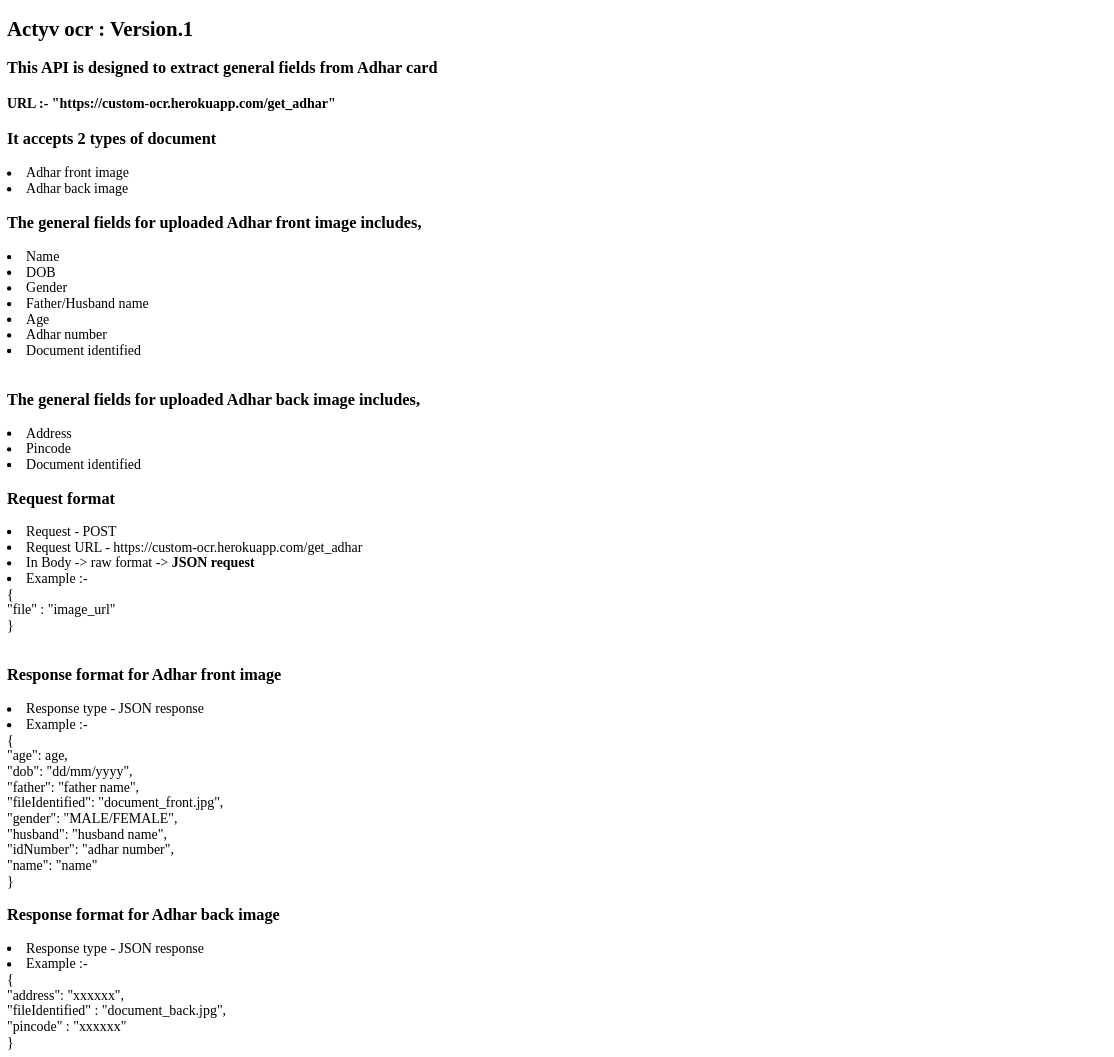
Repository: Sahana-M/OCR-for-Adhar
Page: template/home.html
An editor plug-in stored every save of this project. The page is shown before and after the next save, followed by the edit.
The browser window is 1280 px wide. The pictures show the whole page, at 87% of full size.

Above is the page before, as saved 2020-03-25 21:25:53.

### template/home.html
<!DOCTYPE html>
<html lang="en">
<head>
    <meta charset="UTF-8">
    <meta name="viewport" content="width=device-width, initial-scale=1.0">
    <meta http-equiv="X-UA-Compatible" content="ie=edge">
    <title>Actyv OCR</title>
</head>
<body>
        <h2>Actyv ocr : Version.1</h2>
        <h3>This API is designed to extract general fields from Adhar card</h3>
        <h4>URL :- "https://custom-ocr.herokuapp.com/get_adhar"</h4>
        <h3>It accepts 2 types of document</h3>
        <li>Adhar front image</li>
        <li>Adhar back image</li>
        <h3>The general fields for uploaded Adhar front image includes, </h3>
        <li>Name</li>
        <li>DOB</li>
        <li>Gender</li>
        <li>Father/Husband name</li>
        <li>Age</li>
        <li>Adhar number</li>
        <li>Document identified</li>
        <br>

        <h3>The general fields for uploaded Adhar back image includes, </h3>
        <li>Address</li>
        <li>Pincode</li>
        <li>Document identified</li>

        <h3>Request format</h3>
        <li>Request     - POST</li>
        <li>Request URL - https://custom-ocr.herokuapp.com/get_adhar</li>
        <li>In Body     -> raw format    -> <b>JSON request</b></li>
        <li>Example :- <br>
            {<br>
            "file" : "image_url"<br>
            }</li><br>

        <h3>Response format for Adhar front image</h3>
        <li>Response type - JSON response</li>
        <li>Example :- <br>
        {<br>
            "age": age,<br>
            "dob": "dd/mm/yyyy",<br>
            "father": "father name",<br>
            "fileIdentified": "document_front.jpg",<br>
            "gender": "MALE/FEMALE",<br>
            "husband": "husband name",<br>
            "idNumber": "adhar number",<br>
            "name": "name"<br>
        }</li>

        <h3>Response format for Adhar back image</h3>
        <li>Response type - JSON response</li>
        <li>Example :- <br>
        {<br>
            "address": "xxxxxx", <br>
            "fileIdentified" : "document_back.jpg", <br>
            "pincode" : "xxxxxx"<br>
        }</li>
    </body>
</html>

After the next save:
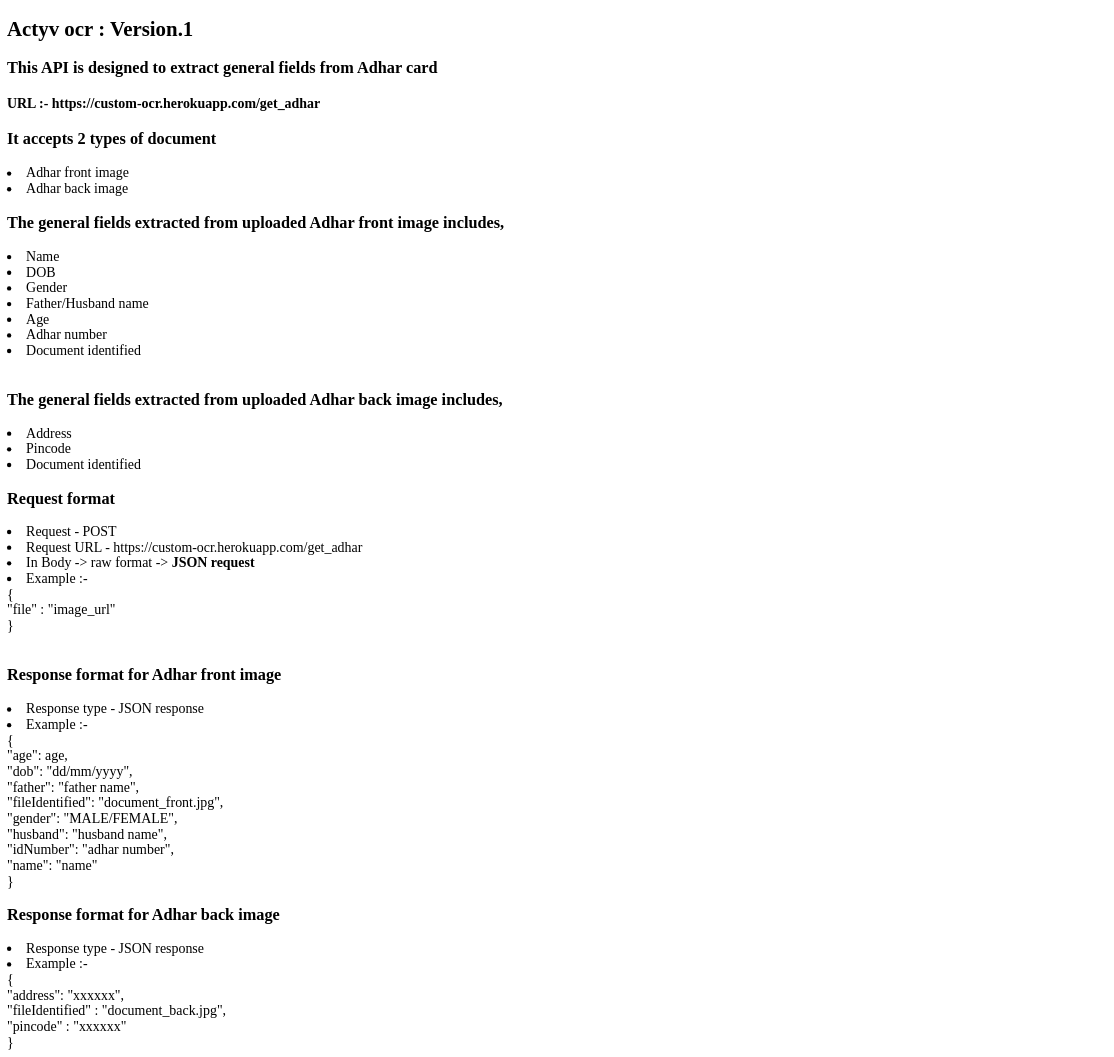
Saved 46 s later.
--- a/template/home.html
+++ b/template/home.html
@@ -9,11 +9,11 @@
 <body>
         <h2>Actyv ocr : Version.1</h2>
         <h3>This API is designed to extract general fields from Adhar card</h3>
-        <h4>URL :- "https://custom-ocr.herokuapp.com/get_adhar"</h4>
+        <h4>URL :- https://custom-ocr.herokuapp.com/get_adhar</h4>
         <h3>It accepts 2 types of document</h3>
         <li>Adhar front image</li>
         <li>Adhar back image</li>
-        <h3>The general fields for uploaded Adhar front image includes, </h3>
+        <h3>The general fields extracted from uploaded Adhar front image includes, </h3>
         <li>Name</li>
         <li>DOB</li>
         <li>Gender</li>
@@ -23,7 +23,7 @@
         <li>Document identified</li>
         <br>
 
-        <h3>The general fields for uploaded Adhar back image includes, </h3>
+        <h3>The general fields extracted from uploaded Adhar back image includes, </h3>
         <li>Address</li>
         <li>Pincode</li>
         <li>Document identified</li>
